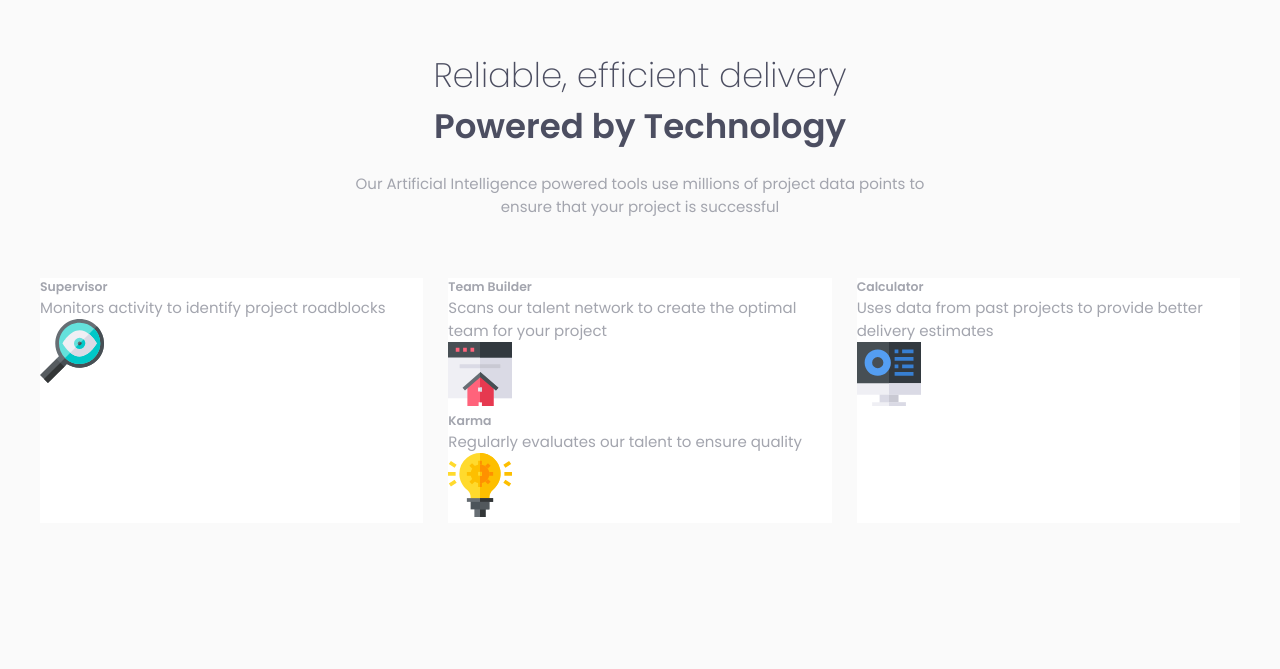
Repository: superZXMzzl/FrontendMentor
Page: four-card-feature-section-master/index.html
These files come from the project's save history. The page is drawn as it stood at one moment and after the next save; the edit follows.
The browser window is 1280 px wide. The pictures show the whole page.

Above is the page before, as saved 2022-05-10 18:37:34.

After the next save:
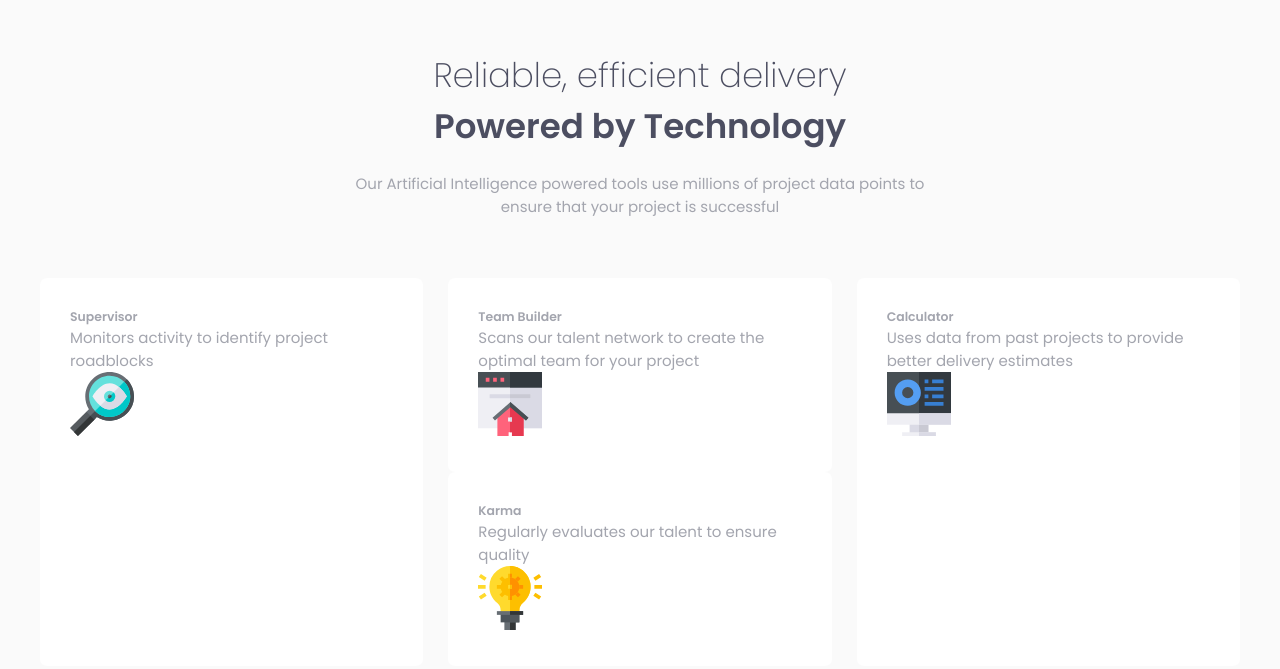
Saved 29 s later.
--- a/four-card-feature-section-master/style.css
+++ b/four-card-feature-section-master/style.css
@@ -50,4 +50,6 @@ body {
 
 .box {
     background-color: white;
+    border-radius: 7px;
+    padding: 30px;
 }
